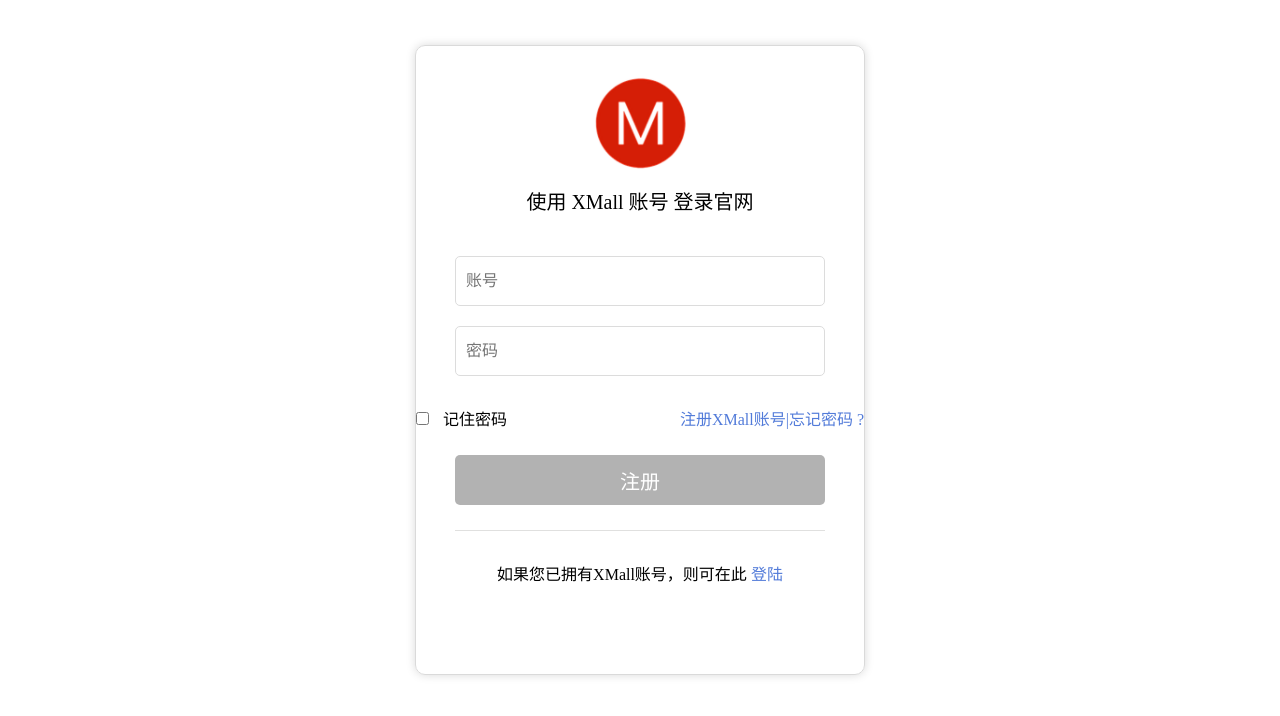
Repository: dingqihui1997/xmall-demo
Page: /signin
These files come from the project's save history. The page is drawn as it stood at one moment and after the next save; the edit follows.
The browser window is 1280 px wide. The pictures show the whole page.
The project was rebuilt for these pictures with package versions that can differ from the ones it lists, and the page was loaded fresh each time. Also part of the build but not shown: vue.config.js, src/views/Home.vue.

Above is the page before, as saved 2021-06-29 17:44:25.

### src/main.js
import Vue from 'vue'
import App from './App.vue'
import router from './router'
import store from './store'
import ElementUI from 'element-ui';
import 'element-ui/lib/theme-chalk/index.css';
Vue.use(ElementUI);
Vue.config.productionTip = false

new Vue({
  router,
  store,
  render: h => h(App)
}).$mount('#app')

### src/App.vue
<template>
  <div id="app">
    <router-view />
  </div>
</template>

<style lang="scss">
@import "./styles/common";
@import "./styles/ui";
</style>

### src/router/index.js
import Vue from 'vue'
import VueRouter from 'vue-router'
import Home from '../views/Home.vue'

Vue.use(VueRouter)

const routes = [
  {
    path: '/',
    name: 'Home',
    component: Home
  },
  {//登录
    path: '/signin',
    name: 'Signin',
    component: () => import('../components/signin/Signin.vue')
  },
  {//注册
    path: '/register',
    name: 'Register',
    component: () => import('../components/register/Register.vue')
  },


]

const router = new VueRouter({
  mode: 'history',
  base: process.env.BASE_URL,
  routes
})

export default router

### src/styles/common.scss
 * {
     margin: 0;
     padding: 0;
 }

 .center {
     //居中显示
     margin: auto;
     position: absolute;
     top: 0;
     bottom: 0;
     left: 0;
     right: 0;
 }

 * {
     box-sizing: border-box;
 }

 .wi100 {
     width: 100%;
 }

 .hei100 {
     height: 100%;
 }

 .pflex {
     position: fixed;
     /* 固定定位 */
 }

 .flex {
     display: flex;
 }

 .flex-wrap {
     /* 子元素换行排列 */
     display: flex;
     flex-wrap: wrap;
     align-items: center;
 }

 .flex-j {
     display: flex;
     justify-content: center;
     /* 水平方向居中 */
 }

 .flex-a {
     display: flex;
     align-items: center;
     /* 垂直方向居中 */
 }

 .flex-ja {
     /* felx-ja 垂直水平方向居中 */
     display: flex;
     align-items: center;
     justify-content: center;
 }

 .flex-sb {
     /* flex-sb 子元素两边排列 */
     display: flex;
     justify-content: space-between;
 }

 .flex-sba {
     /* flex-sb 子元素两边排列 bing居中 */
     display: flex;
     justify-content: space-between;
     align-items: center;
 }

 .flex-d {
     /* z子元素竖向排列 */
     display: flex;
     flex-direction: column;
 }

 .flex-di {
     /* 子元素竖向排列并居中 */
     display: flex;
     flex-direction: column;
     align-items: center;
 }

 .flex-dj {
     /* 子元素竖向排列并居中 */
     display: flex;
     flex-direction: column;
 }

 .flex-dji {
     /* 子元素竖向排列并水平垂直居中 */
     display: flex;
     flex-direction: column;
     align-items: center;
     justify-content: center;
 }

 .pad-t10 {
     padding-top: 10px;
 }

 .pad-t15 {
     padding-top: 15px;
 }

 .margin-r55 {
     margin-right: 55px;
 }

 .marginauto {
     margin: 0 auto;
 }

 .img100 {
     width: 100%;
     height: 100%;
 }

 .img50 {
     width: 50%;
     height: 50%;
 }

 .imgh100 {
     height: 100%;
 }

 .img45 {
     width: 45%;
     height: 45%;
 }

 .img80 {
     width: 80%;
     height: 80%;
 }

 .font20 {
     font-size: 20px;
 }

 .font18 {
     font-size: 18px;
 }

 .font16 {
     font-size: 16px;
 }

 .font14 {
     font-size: 14px;
 }

 .font12 {
     font-size: 12px;
 }

 .flex1 {
     flex: 1;
 }

 .flex2 {
     flex: 1.5;
 }

 .color30 {
     color: #000000;
 }

 .color3f {
     /* 白色 */
     color: #fff;
 }

 .margin-t10 {
     margin-top: 10px;
 }

 .margin-t5 {
     margin-top: 5px;
 }

 .margin-t20 {
     margin-top: 20px;
 }

 .margin-r5 {
     margin-right: 5px;
 }

 .margin-r15 {
     margin-right: 15px;
 }

 .margin-r10 {
     margin-right: 10px;
 }

 .margin-r20 {
     margin-right: 20px;
 }

 .margin-r30 {
     margin-right: 30px;
 }

 .margin-l10 {
     margin-left: 10px;
 }

 .margin-l20 {
     margin-left: 20px;
 }

 .margin-b10 {
     margin-bottom: 10px;
 }

 .text-de {
     /* 有下划线 */
     text-decoration: underline;
 }

 .text-li {
     text-decoration: line-through;
     /* 删除线 */
 }

 .font-w7 {
     /* 加粗 */
     font-weight: 700;
 }

 .fontstyle-i {
     /* 斜体 */
     font-style: italic;
 }

 .shuoming {
     position: relative;
     top: 55px
 }

 .textr {
     text-align: right;
 }

### src/styles/ui.scss
.login {
    .el-input__inner {
        width: 370px;
        height: 50px;
    }

    .el-input__suffix {
        position: absolute;
        right: 50px;
    }

    .el-input {
        position: relative;
    }
}

### src/components/signin/Signin.vue
<template>
  <!-- 登录页面 -->
  <div class="one">
    <div class="box center flex-d login">
      <div class="top">
        <div class="flex-ja"><img src="../../assets/log1.png" alt="" /></div>
        <div class="flex-ja">使用 XMall 账号 登录官网</div>
      </div>
      <!-- 账号 -->
      <div class="flex-ja name">
        <input type="text" placeholder="账号" class="ipt" v-model="username" />
      </div>
      <!-- 密码 -->
      <div class="flex-ja name">
        <input
          type="password"
          placeholder="密码"
          class="ipt"
          v-model="password"
        />
      </div>
      <div class="flex-sb choice">
        <div>
          <input type="checkbox" class="inpt" v-model="checked" /> 记住密码
        </div>
        <div><span>注册XMall账号|</span><span>忘记密码 ?</span></div>
      </div>
      <div class="flex-ja regis">
        <!-- 动态绑定属性，最先是true禁用状态 -->
        <button
          :disabled="flag"
          :class="{ back: flag === false }"
          @click="goto"
        >
          注册
        </button>
      </div>
      <div class="flex-ja">
        <div class="bottom flex-ja">
          如果您已拥有XMall账号，则可在此<span>&nbsp;登陆</span>
        </div>
      </div>
    </div>
  </div>
</template>

<script>
import axios from "axios";
export default {
  name: "",
  props: {},
  data() {
    return {
      username: "",
      password: "",
      Repeat: "",
      flag: true, //最开始禁用按钮
      checked: false,
    };
  },
  components: {},
  methods: {
    goto() {
      if (this.checked === false) {
        this.$message.error("您未勾选同意我们的相关注册协议");
      }
      if (this.password !== this.Repeat) {
        this.$message.error("两次输入的密码不相同");
      }
      if (this.password === this.Repeat && this.checked === true) {
        axios
          .post("/api/users/register", {
            username: this.username,
            password: this.password,
          })
          .then((res) => {
            console.log(res);
          })
          .catch((err) => {
            console.log("请求失败", err);
          });
      }
    },
  },
  mounted() {},
  computed: {},
  watch: {
    username(val) {
      this.username = val;
    },
    password(val) {
      this.password = val;
    },
    Repeat(val) {
      //账号和密码都输入了内容后，然后就不禁用button
      this.Repeat = val;
      if (this.username !== "" && this.password !== "" && val !== "") {
        this.flag = false;
        // console.log(val);
      } else {
        this.flag = true;
      }
    },
  },
};
</script>

<style lang='scss' scoped>
.box {
  width: 450px;
  height: 630px;
  border: 1px solid #dadada;
  border-radius: 10px;
  box-shadow: 0 0 10px #dadada;
}
.one {
  height: 100vh;
}
.top {
  height: 200px;
  font-size: 20px;
  //   margin-bottom: 35px;
  padding-top: 25px;
}
.top img {
  margin-bottom: 10px;
}
.ipt {
  width: 370px;
  height: 50px;
  outline: none;
  border: 1px #dcdcdc solid;
  border-radius: 5px;
  padding-left: 10px;
  font-size: 16px;
}
button {
  margin: 25px 0px;
  width: 370px;
  height: 50px;
  border-radius: 5px;
  border: none;
  color: #fff;
  font-size: 20px;
  background-color: #b2b2b2; //最开始设置成灰色背景颜色
}

span {
  color: #527bd9;
}

.name {
  margin-top: 10px;
  margin-bottom: 10px;
  text-align: center;
}
.choice {
  margin-top: 20px;
}
.regis {
  padding: 0 35px;
}
.inpt {
  margin-right: 10px;
}
.bottom {
  width: 370px;
  border-top: 1px #e0e0df solid;
  padding: 30px 0;
}
.back {
  background-color: #5f86e4; //当按钮不禁用的时候就显示蓝色，然后添加hover的效果
  &:hover {
    background-color: #6283cf;
  }
}
</style>

Loaded but not shown: public/index.html (common file); src/store/index.js (common file)

After the next save:
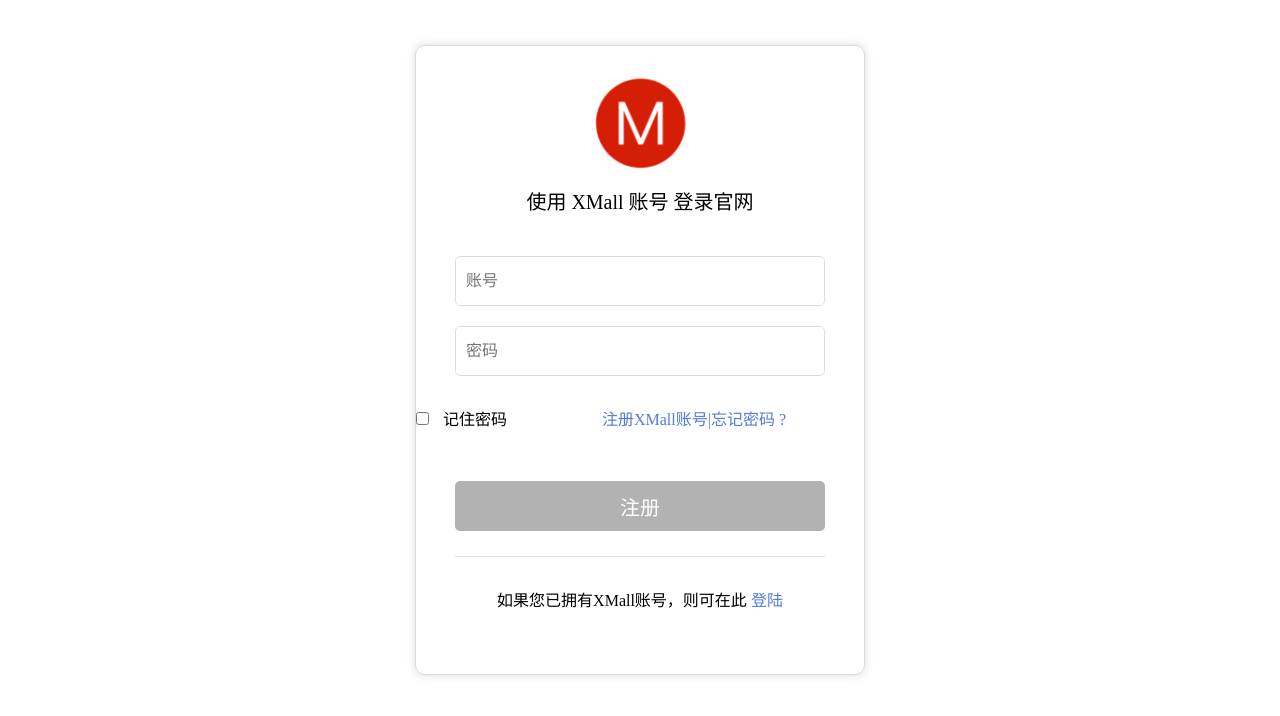
Saved 26 s later.
--- a/src/components/signin/Signin.vue
+++ b/src/components/signin/Signin.vue
@@ -156,6 +156,8 @@
 }
 .choice {
   margin-top: 20px;
+  width: 370px;
+  height: 50px;
 }
 .regis {
   padding: 0 35px;
